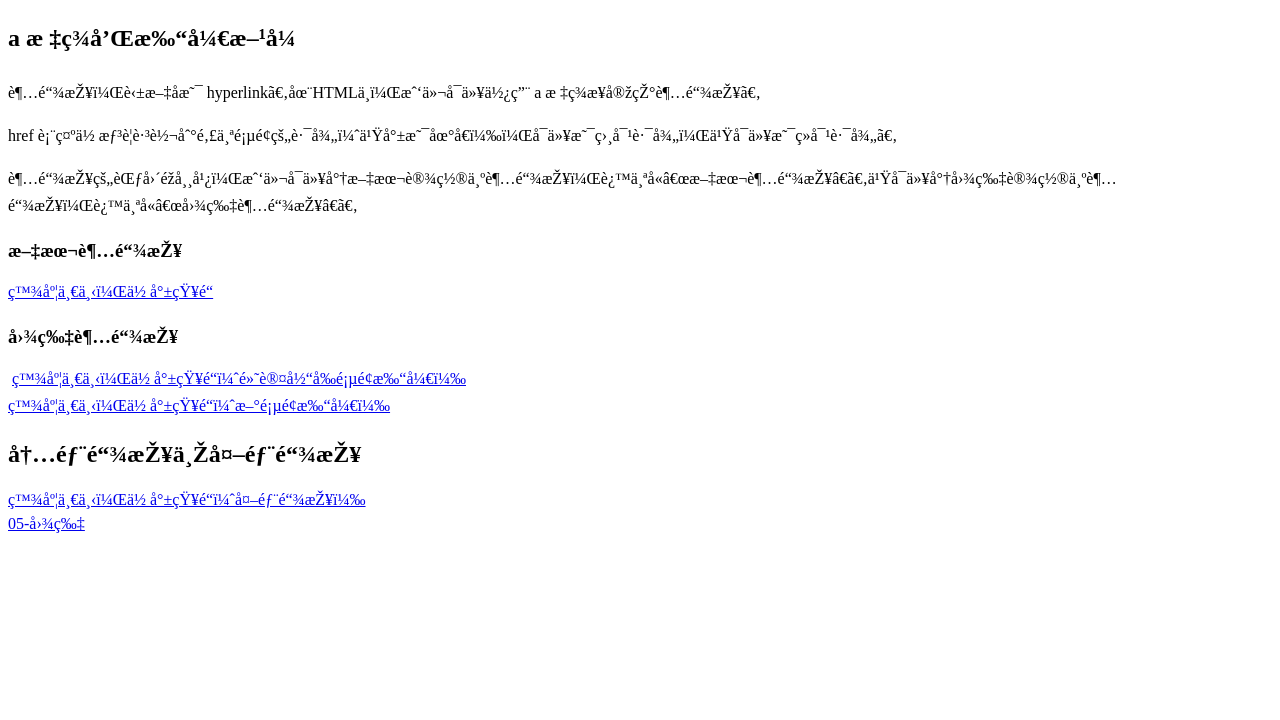
Repository: liang-n/front-end-basics
Page: 08-超链接.html
An editor plug-in stored every save of this project. The page is shown before and after a run of saves, followed by the edit.
The browser window is 1280 px wide. The pictures show the whole page.

Above is the page before, as saved 2022-05-15 13:23:40.

After the next 2 saves:
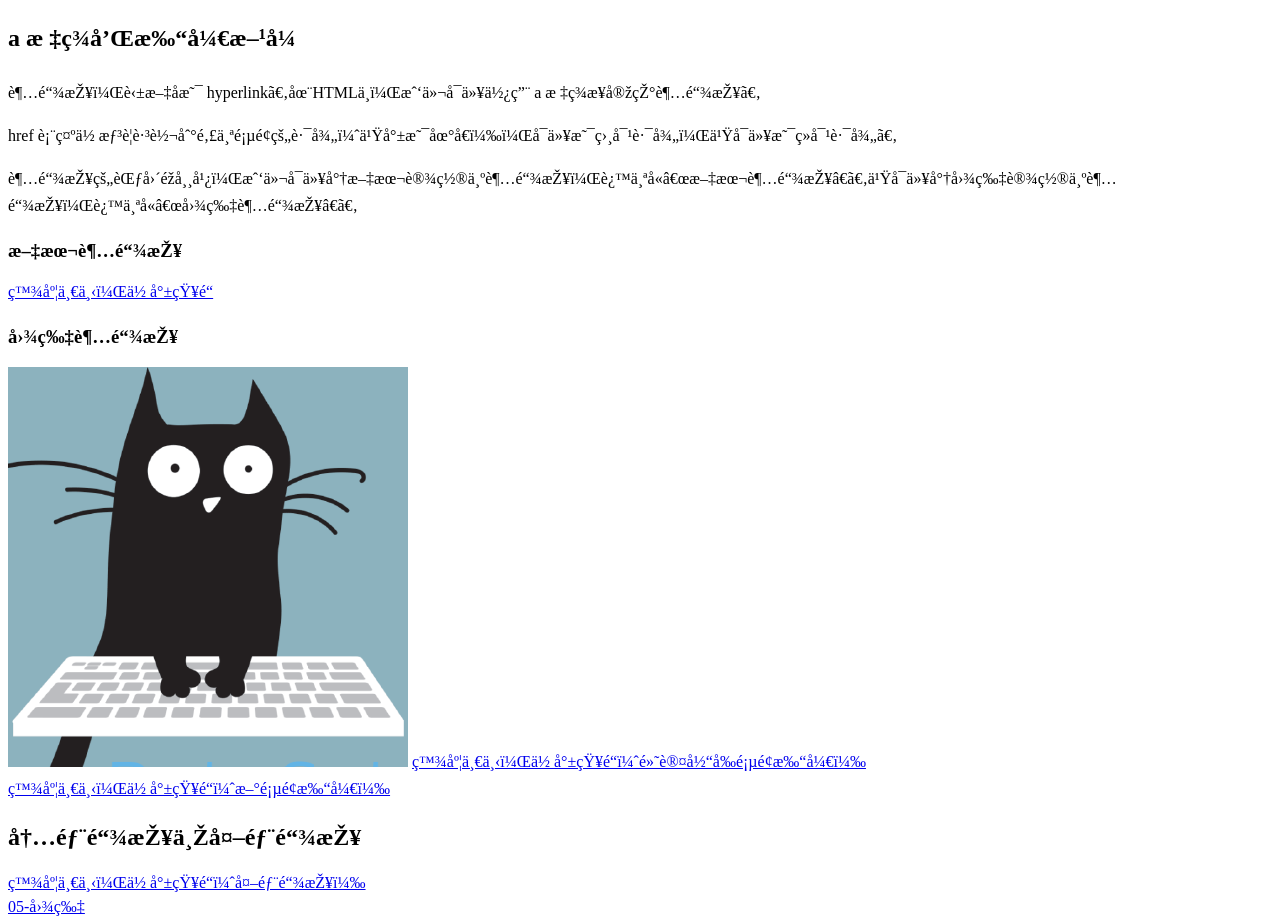
The 2 saves are shown as one change because they came seconds apart.
The last was saved 45 s later.
--- a/08-超链接.html
+++ b/08-超链接.html
@@ -15,7 +15,7 @@
         <h3>文本超链接</h3>
         <a href="https://www.baidu.coom/">百度一下，你就知道</a>
         <h3>图片超链接</h3>
-        <a href="https://liang-n.github.io/"><img src="" alt=""></a>
+        <a href="https://liang-n.github.io/"><img src="img/image.png" alt=""></a>
         <a href="https://www.baidu.coom/">百度一下，你就知道（默认当前页面打开）</a>
         <br>
         <a href="https://www.baidu.coom/" target="_blank">百度一下，你就知道（新页面打开）</a>
